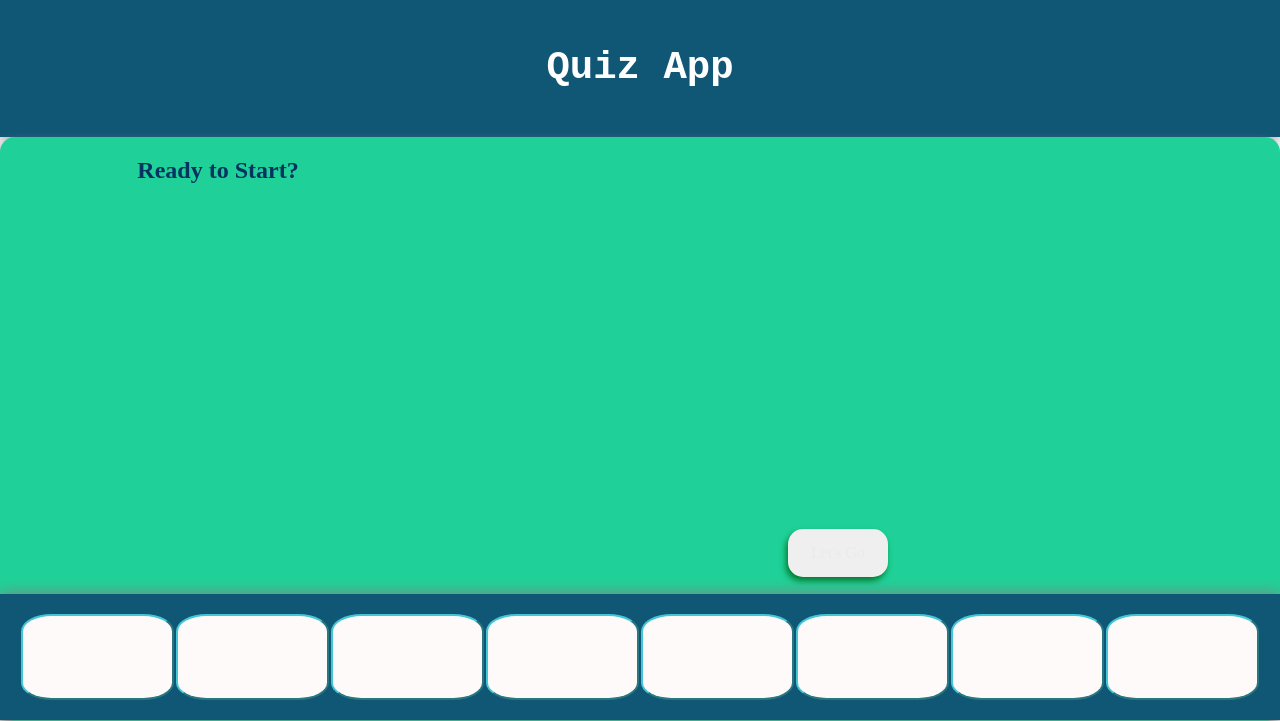
Repository: tpic12/quiz_app
Page: index.html
The author's editor kept a copy of each file at every save. The page is drawn from the files as they stood at one save, then again after the next save.
The browser window is 1280 px wide. The pictures show the whole page.

Above is the page before, as saved 2019-12-28 15:47:52.

After the next save:
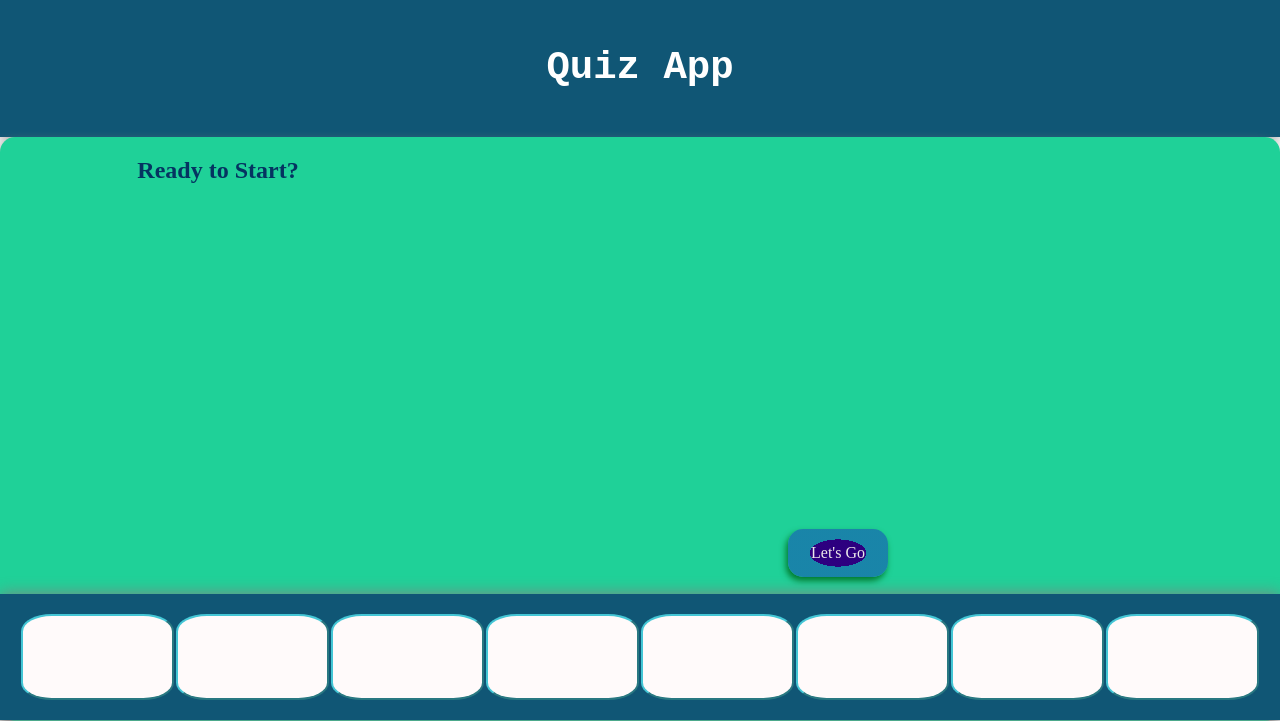
Saved 10 s later.
--- a/app.css
+++ b/app.css
@@ -48,7 +48,7 @@ button {
   margin-bottom: 10%;
   color: hsl(0, 7%, 92%);
   background: radial-gradient(
-    hsl(261, 100%, 25%) 40,
+    hsl(261, 100%, 25%) 40%,
     hsl(195, 74%, 38%) 11%,
     hsl(195, 74%, 38%) 10%
   );
